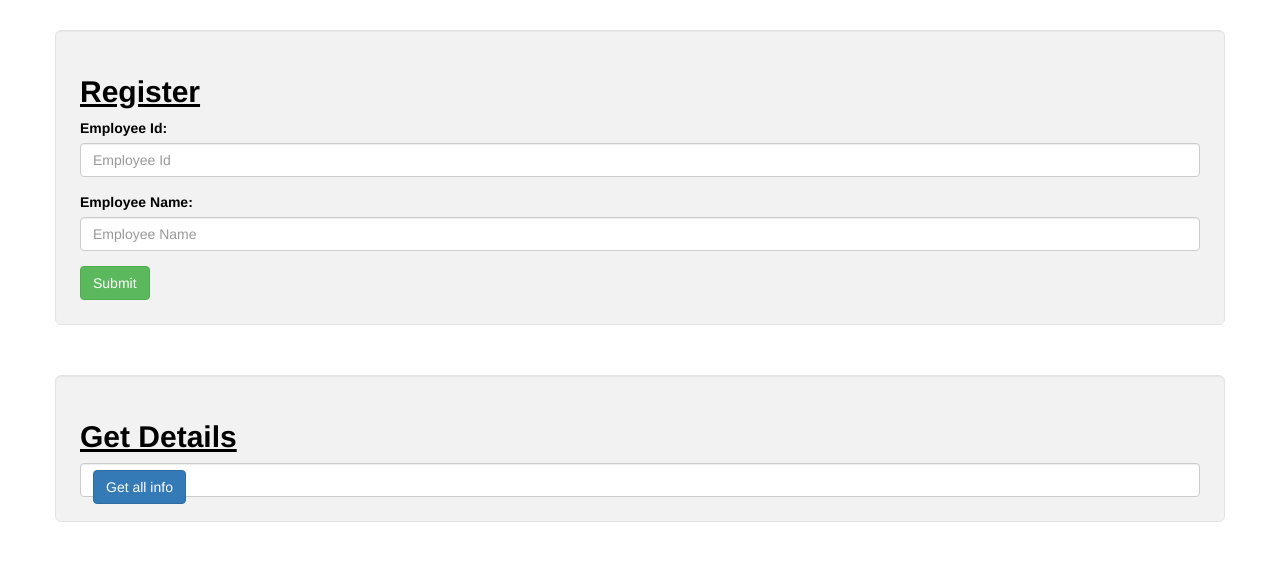
Repository: royakash07/FirstWebApplication
Page: http://localhost/SampleWebApplication/EmployeeProtal.jsp
An editor plug-in stored every save of this project. The page is shown before and after the next save, followed by the edit.
The browser window is 1280 px wide. The pictures show the whole page.
Some web libraries are served in a nearby version. The page is served by Tomcat 9. Nobody is signed in. The application's start-up code is not run. Other server files are loaded and not shown.

Above is the page before, as saved 2017-11-30 05:20:38.

### SampleWebApplication/WebContent/EmployeeProtal.jsp
<%@ page language="java" contentType="text/html; charset=ISO-8859-1"
    pageEncoding="ISO-8859-1"%>
<!DOCTYPE html PUBLIC "-//W3C//DTD HTML 4.01 Transitional//EN" "http://www.w3.org/TR/html4/loose.dtd">
<html>
<head>
<meta http-equiv="Content-Type" content="text/html; charset=ISO-8859-1">
<title>Portal</title>
  <meta charset="utf-8">
  <meta name="viewport" content="width=device-width, initial-scale=1">
  <link rel="stylesheet" href="https://maxcdn.bootstrapcdn.com/bootstrap/3.3.7/css/bootstrap.min.css">
  <script src="https://ajax.googleapis.com/ajax/libs/jquery/3.2.1/jquery.min.js"></script>
  <script src="https://maxcdn.bootstrapcdn.com/bootstrap/3.3.7/js/bootstrap.min.js"></script>
<style>
.well
{
color:black;
background-color:#F2F2F2;
}

</style>
</head>
<body>
<div style="padding: 30px">
<div class="container well well-lg" >
<h2><strong><u>Register</u></strong></h2>
<form action="Submit" method="post">
<div class="form-group">
  <label for="EmployeeId">Employee Id:</label>
  <input type="text" class="form-control" name="EmployeeId" placeholder="Employee Id" >
  </div>
  <div class="form-group">
  <label for="Name">Employee Name:</label>
  <input type="text" class="form-control" name="Name" placeholder="Employee Name">
  </div>
  <input type="submit"class="btn btn-success" value="Submit">
</form>
</div>
</div>
<div class="container well well-lg">
<h2><strong><u>Get Details</u></strong></h2>
<div class="form-control">
<button type="button" class="btn btn-primary" value="getAllDetails">Get all info</button>
</div>

</div>
</body>
</html>

After the next save:
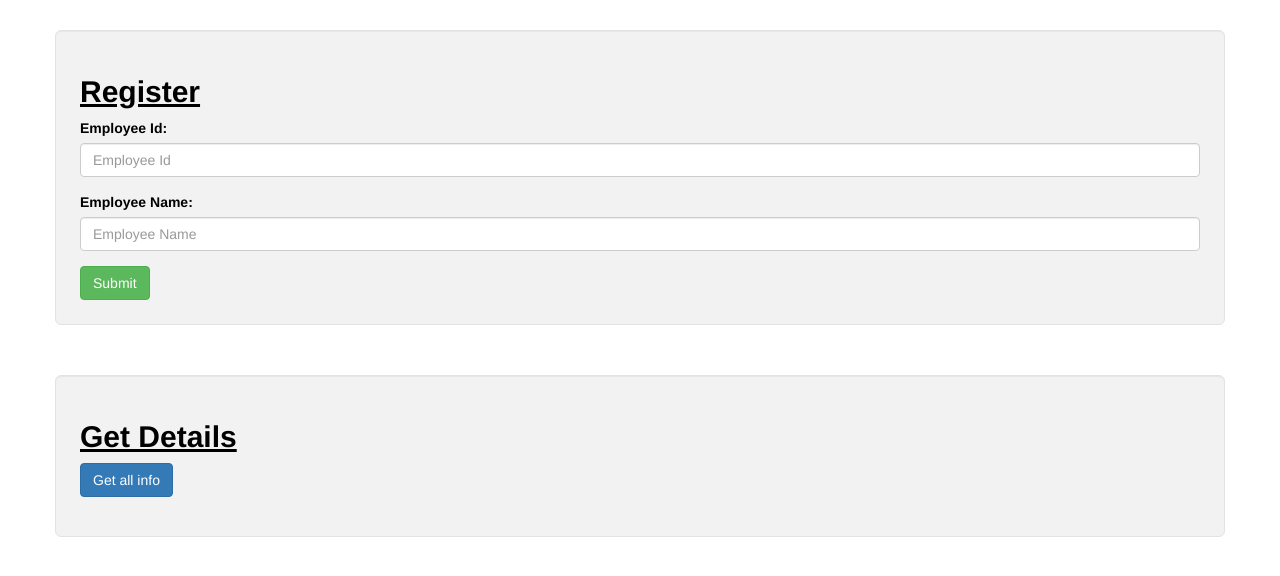
Saved 16 s later.
--- a/SampleWebApplication/WebContent/EmployeeProtal.jsp
+++ b/SampleWebApplication/WebContent/EmployeeProtal.jsp
@@ -38,7 +38,7 @@ background-color:#F2F2F2;
 </div>
 <div class="container well well-lg">
 <h2><strong><u>Get Details</u></strong></h2>
-<div class="form-control">
+<div class="form-group">
 <button type="button" class="btn btn-primary" value="getAllDetails">Get all info</button>
 </div>
 
